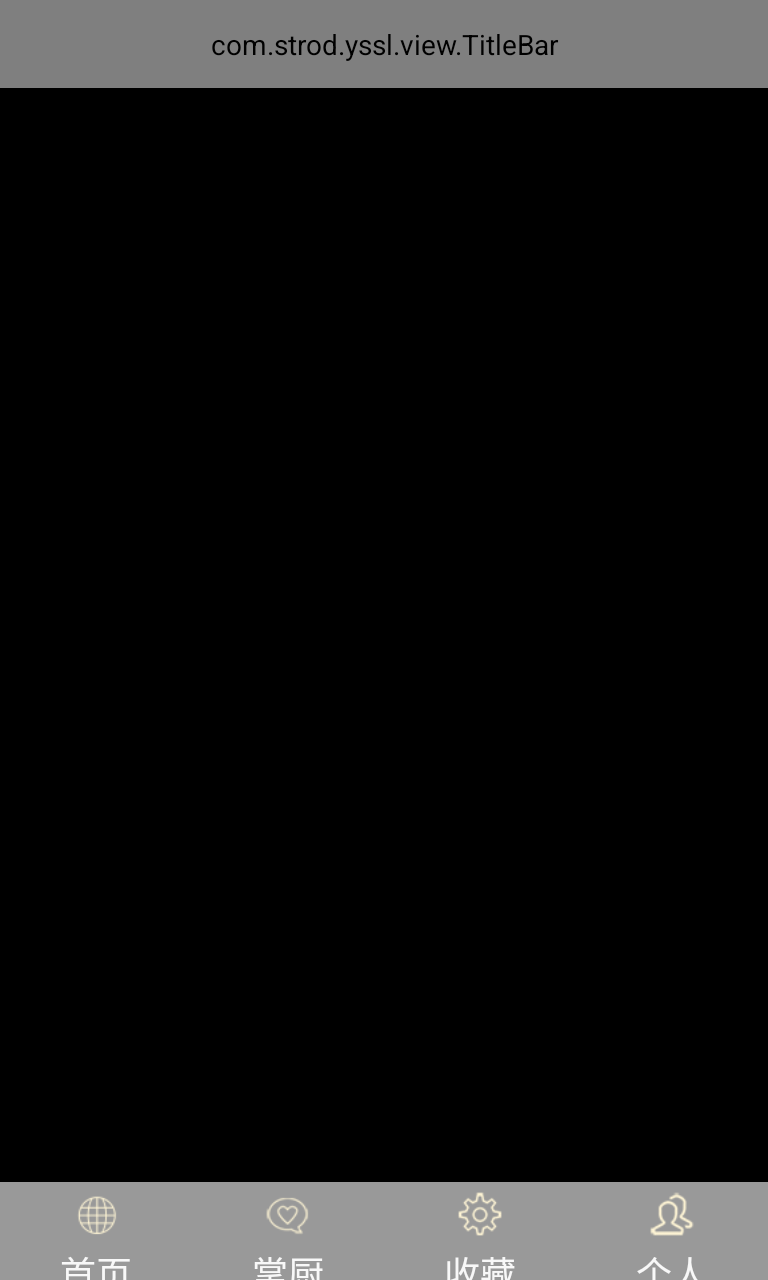
Repository: duyuan199010/atangge
Layout: yssl/res/layout/activity_main.xml
The author's editor kept a copy of each file at every save. The layout is drawn from the files as they stood at one save, then again after the next save.
Pictures or frames that could not be fetched are drawn as grey boxes. It is drawn on a 768 x 1280 px phone screen (xhdpi) without system bars, with theme Theme.PageIndicatorDefaults; the app's code is not run.

Above is the layout before, as saved 2015-08-11 12:22:15.

### yssl/res/layout/activity_main.xml
<RelativeLayout xmlns:android="http://schemas.android.com/apk/res/android"
    xmlns:tools="http://schemas.android.com/tools"
    android:layout_width="match_parent"
    android:layout_height="match_parent"
    android:gravity="center"
    android:orientation="vertical" >

    <com.strod.yssl.view.TitleBar
        android:id="@+id/title_bar"
        android:layout_width="match_parent"
        android:layout_height="@dimen/title_height"
        android:background="@color/title_bg_color"
        />

    <FrameLayout
        android:id="@+id/main_center_fragment"
        android:layout_width="match_parent"
        android:layout_height="match_parent"
        android:layout_below="@+id/title_bar"
        android:layout_above="@+id/radio_group" />

    <RadioGroup
        android:id="@+id/radio_group"
        android:layout_width="match_parent"
        android:layout_height="@dimen/tab_height"
        android:layout_alignParentBottom="true"
        android:background="@color/gray"
        android:gravity="center"
        android:orientation="horizontal" >

        <RadioButton
            android:id="@+id/radio_index"
            style="@style/ContentFont"
            android:layout_width="wrap_content"
            android:layout_height="match_parent"
            android:layout_weight="1"
            android:button="@null"
            android:drawableTop="@drawable/all_news"
            android:gravity="center"
            android:text="@string/main_index" />

        <RadioButton
            android:id="@+id/radio_publish"
            style="@style/ContentFont"
            android:layout_width="wrap_content"
            android:layout_height="match_parent"
            android:layout_weight="1"
            android:button="@null"
            android:drawableTop="@drawable/message_icon"
            android:gravity="center"
            android:text="@string/main_publish" />

        <RadioButton
            android:id="@+id/radio_collect"
            style="@style/ContentFont"
            android:layout_width="wrap_content"
            android:layout_height="match_parent"
            android:layout_weight="1"
            android:button="@null"
            android:drawableTop="@drawable/set_icon"
            android:gravity="center"
            android:text="@string/main_collect" />

        <RadioButton
            android:id="@+id/radio_personal"
            style="@style/ContentFont"
            android:layout_width="wrap_content"
            android:layout_height="match_parent"
            android:layout_weight="1"
            android:button="@null"
            android:drawableTop="@drawable/account_icon"
            android:gravity="center"
            android:text="@string/main_personal" />
    </RadioGroup>

</RelativeLayout>

### yssl/res/values/dimens.xml
<resources>

    <!-- Default screen margins, per the Android Design guidelines. -->
    <dimen name="activity_horizontal_margin">16dp</dimen>
    <dimen name="activity_vertical_margin">16dp</dimen>
    <dimen name="title_height">44dp</dimen>
    <dimen name="tab_height">49dp</dimen>
    <dimen name="margin_ordinary">16dp</dimen>
    <dimen name="margin_little">8dp</dimen>
    <dimen name="font_size_eighteen">18sp</dimen>
    <dimen name="font_size_twenty">20sp</dimen>
    <dimen name="font_size_sixteen">16sp</dimen>
    <dimen name="font_size_fourteen">14sp</dimen>
    <dimen name="font_size_twelve">12sp</dimen>
    <dimen name="font_size_ten">10sp</dimen>
    <dimen name="item_size_left">18sp</dimen>
    <dimen name="item_size_time">14sp</dimen>
    <dimen name="detail_size_type">18dp</dimen>
    <dimen name="edittext_width_120">120dp</dimen>
    <dimen name="edittext_width_150">150dp</dimen>
    <dimen name="edittext_width_200">200dp</dimen>
    <dimen name="edittext_height_35">35dp</dimen>

    <dimen name="indicator_right_padding">10dp</dimen>
    <dimen name="indicator_corner_radius">12dp</dimen>
    <dimen name="indicator_internal_padding">4dp</dimen>
    <dimen name="header_footer_left_right_padding">24dp</dimen>
    <dimen name="header_footer_top_bottom_padding">12dp</dimen>

    <dimen name="dgv_overlap_if_switch_straight_line">16dp</dimen>

    <dimen name="delete_action_len">140dip</dimen>

    <dimen name="switch_button_width">50dp</dimen>
    <dimen name="switch_button_height">30dp</dimen>
</resources>

### yssl/res/values/colors.xml
<?xml version="1.0" encoding="UTF-8"?>
<resources>

    <color name="title">#ffffff</color>
    <color name="night_title">#000000</color>

    <color name="title_bg_color">#36A803</color>
    <color name="title_font_color">#f8f8f8</color>
    <color name="bg_color">#ffffff</color>
    <color name="black_font">#333333</color>

    <drawable name="title_bg_color">#00b3e3</drawable>
    <drawable name="title_font_color">#ffffff</drawable>

    <color name="menu_pressed">#e5e5e5</color>

    <color name="content_font_color">#f8f8f8</color>
    <color name="content_font_color_deep">#ff5a3f01</color>
    <color name="content_font_color_deeper">#423413</color>
    <color name="setting_bg_color">#b08b18</color>

    <!-- 弹出框 -->
    <color name="dialog_bg_color">#ffeeb9</color>
    <color name="dialog_font_color">#3d2e00</color>
    <color name="list_item_color">#ffeeb9</color>
    <color name="list_item_pressed_color">#fdd559</color>
    <color name="list_item_font_color">#3d2e00</color>

    <color name="pager_tab_strip_color">#a77809</color>
    <color name="item_select_color">#b08b19</color>

    <color name="gray">#999999</color>
    <color name="grayer">#888888</color>


    <color name="setting_view_item_bg_pressed">#FFF0F0F0</color>
    <color name="setting_view_item_bg_normal">#FFFFFFFF</color>

    <color name="setting_view_item_title_text">#FF000000</color>
    <color name="setting_view_item_subtitle_text">#FFCCCCCC</color>

    <color name="tempature_red">#f82d2d</color>
    <color name="gray_line">#e5e5e5</color>

    <color name="yellow_orange_circle">#f2b32c</color>
    <color name="yellow_orange_light">#f6be22</color>
    <color name="yellow_orange_deep">#f29810</color>
    <color name="yellow_orange_text">#f68b22</color>

    <color name="blue_light">#3db5e6</color>
    <color name="blue_deep">#5e60e5</color>

    <drawable name="gray">#FF808080</drawable>
	<drawable name="white">#FFFFFFFF</drawable>
	<drawable name="blue">#FF0000FF</drawable>
	<drawable name="black">#FF000000</drawable>
	<drawable name="pink">#FFFFC0Cb</drawable>
	<drawable name="red">#FFFF0000</drawable>
	<drawable name="orange">#FFFF8D00</drawable>
	<drawable name="yellow">#FFFFFF00</drawable>
	<drawable name="green">#FF00FF00</drawable>
	<drawable name="lightyellow">#FFFFFFE0</drawable>
	<drawable name="lightblue">#FFE3EEFB</drawable>
	<drawable name="oceanblue">#FF5271A5</drawable>
	<drawable name="lightgreen">#FF96FF00</drawable>
	<drawable name="grassgreen">#FF009600</drawable>
	<drawable name="lightgray">#FFD3D3D3</drawable>
	<drawable name="darkgray">#00535252</drawable>
</resources>

### yssl/res/values/styles.xml
<resources>

    <!--
        Base application theme, dependent on API level. This theme is replaced
        by AppBaseTheme from res/values-vXX/styles.xml on newer devices.

    -->
    <style name="AppBaseTheme" parent="@android:style/Theme.Light">
        <!--
            Theme customizations available in newer API levels can go in
            res/values-vXX/styles.xml, while customizations related to
            backward-compatibility can go here.

        -->
    </style>

    <!-- Application theme. -->
    <style name="AppTheme" parent="AppBaseTheme">
        <!-- All customizations that are NOT specific to a particular API-level can go here. -->
    </style>

    <style name="DayTheme" parent="AppTheme">
        <item name="colorValue">@color/title</item>
        <item name="floatValue">0.35</item>
        <item name="integerValue">33</item>
        <item name="booleanValue">true</item>
        <item name="dimensionValue">16dp</item>
        <!-- 如果string类型不是填的引用而是直接放一个字符串,在布局文件中使用正常,但代码里获取的就有问题 -->
        <item name="stringValue">@string/action_settings</item>
        <item name="referenceValue">@drawable/ic_launcher</item>
        <item name="imageValue">@drawable/ic_launcher</item>
    </style>

    <style name="NightTheme" parent="AppBaseTheme">
        <item name="colorValue">@color/night_title</item>
        <item name="floatValue">1.44</item>
        <item name="integerValue">55</item>
        <item name="booleanValue">false</item>
        <item name="dimensionValue">18sp</item>
        <item name="stringValue">@string/action_settings</item>
        <item name="referenceValue">@drawable/ic_launcher</item>
        <item name="imageValue">@drawable/ic_launcher</item>
    </style>

    <style name="MyDialog" parent="@android:Theme.Dialog">
        <item name="android:windowFrame">@null</item>
        <item name="android:windowNoTitle">true</item>
        <item name="android:windowIsFloating">true</item>
        <item name="android:windowContentOverlay">@null</item>
    </style>

    <style name="TitleFont">
        <item name="android:textSize">@dimen/font_size_twenty</item>
        <item name="android:textColor">@color/title_font_color</item>
        <item name="android:textStyle">bold</item>
    </style>

    <style name="TitleFontRight">
        <item name="android:textSize">@dimen/font_size_eighteen</item>
        <item name="android:textColor">@color/title_font_color</item>
        <item name="android:textStyle">bold</item>
    </style>

    <style name="ContentFont">
        <item name="android:textSize">@dimen/font_size_eighteen</item>
        <item name="android:textColor">@color/content_font_color</item>
    </style>

    <style name="ContentFontBold">
        <item name="android:textSize">@dimen/font_size_eighteen</item>
        <item name="android:textColor">@color/content_font_color</item>
        <item name="android:textStyle">bold</item>
    </style>

    <style name="ContentFontLittle">
        <item name="android:textSize">@dimen/font_size_sixteen</item>
        <item name="android:textColor">@color/content_font_color</item>
    </style>

    <style name="ContentFontSmall">
        <item name="android:textSize">@dimen/font_size_fourteen</item>
        <item name="android:textColor">@color/content_font_color</item>
    </style>

    <style name="ContentFontDeep">
        <item name="android:textSize">@dimen/font_size_sixteen</item>
        <item name="android:textColor">@color/content_font_color_deep</item>
    </style>

    <style name="ContentFontDeepEighteen">
        <item name="android:textSize">@dimen/font_size_eighteen</item>
        <item name="android:textColor">@color/content_font_color_deep</item>
    </style>

    <style name="ContentFontDeepBold">
        <item name="android:textSize">@dimen/font_size_twenty</item>
        <item name="android:textColor">@color/content_font_color_deep</item>
        <item name="android:textStyle">bold</item>
    </style>

    <style name="ContentFontDeeperSmall">
        <item name="android:textSize">@dimen/font_size_fourteen</item>
        <item name="android:textColor">@color/content_font_color_deeper</item>
    </style>

    <style name="ContentFontBlue">
        <item name="android:textSize">@dimen/font_size_fourteen</item>
        <item name="android:textColor">@color/title_bg_color</item>
    </style>

    <style name="ContentFontBlueEighteen">
        <item name="android:textSize">@dimen/font_size_eighteen</item>
        <item name="android:textColor">@color/title_bg_color</item>
    </style>

    <style name="ContentFontWhite">
        <item name="android:textSize">@dimen/font_size_fourteen</item>
        <item name="android:textColor">@color/title_font_color</item>
    </style>

    <style name="ContentFontGray">
        <item name="android:textSize">@dimen/font_size_eighteen</item>
        <item name="android:textColor">@color/gray</item>
    </style>

    <style name="ContentFontGrayer">
        <item name="android:textSize">@dimen/font_size_eighteen</item>
        <item name="android:textColor">@color/grayer</item>
    </style>

    <style name="DialogFont">
        <item name="android:textSize">@dimen/font_size_eighteen</item>
        <item name="android:textColor">@color/dialog_font_color</item>
    </style>

    <style name="LogoutDialog" parent="@android:style/Theme.Dialog">
        <item name="android:windowFrame">@android:color/transparent</item>
        <item name="android:windowIsFloating">true</item>
        <item name="android:windowIsTranslucent">true</item>
        <item name="android:windowNoTitle">true</item>
        <item name="android:windowBackground">@android:color/transparent</item>
        <item name="android:backgroundDimAmount">0.3</item>
        <item name="android:windowAnimationStyle">@null</item>
    </style>

    <style name="HorizScrollViewItem">
        <item name="android:paddingRight">50dp</item>
        <item name="android:paddingLeft">50dp</item>
        <item name="android:gravity">center</item>
        <item name="android:textAppearance">?android:attr/textAppearanceMedium</item>
        <item name="android:text">Sample Item</item>
    </style>

    <!-- viewpagerindicator -->

    <style name="StyledIndicators" parent="@android:style/Theme.Light">
        <item name="vpiCirclePageIndicatorStyle">@style/CustomCirclePageIndicator</item>
        <item name="vpiLinePageIndicatorStyle">@style/CustomLinePageIndicator</item>
        <item name="vpiTitlePageIndicatorStyle">@style/CustomTitlePageIndicator</item>
        <item name="vpiTabPageIndicatorStyle">@style/CustomTabPageIndicator</item>
        <item name="vpiUnderlinePageIndicatorStyle">@style/CustomUnderlinePageIndicator</item>
    </style>

    <style name="CustomTitlePageIndicator">
        <item name="android:background">#18FF0000</item>
        <item name="footerColor">#FFAA2222</item>
        <item name="footerLineHeight">1dp</item>
        <item name="footerIndicatorHeight">3dp</item>
        <item name="footerIndicatorStyle">underline</item>
        <item name="android:textColor">#AA000000</item>
        <item name="selectedColor">#FF000000</item>
        <item name="selectedBold">true</item>
    </style>

    <style name="CustomLinePageIndicator">
        <item name="strokeWidth">4dp</item>
        <item name="lineWidth">30dp</item>
        <item name="unselectedColor">#FF888888</item>
        <item name="selectedColor">#FF880000</item>
    </style>

    <style name="CustomCirclePageIndicator">
        <item name="fillColor">#FF999999</item>
        <item name="strokeColor">#00000000</item>
        <item name="strokeWidth">0dp</item>
        <item name="radius">10dp</item>
        <item name="centered">true</item>
    </style>

    <style name="CustomTabPageIndicator" parent="Widget.TabPageIndicator">
        <item name="android:background">@drawable/custom_tab_indicator</item>
        <item name="android:textAppearance">@style/CustomTabPageIndicator.Text</item>
        <item name="android:textColor">@color/content_font_color</item>
        <item name="android:textSize">18sp</item>
        <item name="android:divider">@drawable/custom_tab_indicator_divider</item>
        <item name="android:dividerPadding">10dp</item>
        <item name="android:showDividers">middle</item>
        <item name="android:paddingLeft">8dp</item>
        <item name="android:paddingRight">8dp</item>
        <item name="android:fadingEdge">horizontal</item>
        <item name="android:fadingEdgeLength">8dp</item>
    </style>

    <style name="CustomTabPageIndicator.Text" parent="android:TextAppearance.Medium">
        <item name="android:typeface">monospace</item>
    </style>

    <style name="CustomUnderlinePageIndicator">
        <item name="selectedColor">#FFCC0000</item>
        <item name="android:background">#FFCCCCCC</item>
        <item name="fadeLength">1000</item>
        <item name="fadeDelay">1000</item>
    </style>

</resources>

### yssl/res/values/strings.xml
<resources>

    <string name="app_name">阿汤哥</string>

    <string name="click_again">再按一次退出程序...</string>

    <!-- guide -->
    <string name="start">立即进入</string>

    <!-- main -->
    <string name="main_index">首页</string>
    <string name="main_publish">掌厨</string>
    <string name="main_collect">收藏</string>
    <string name="main_personal">个人</string>
</resources>

### yssl/res/drawable/font_selector.xml
<?xml version="1.0" encoding="utf-8"?>
<selector xmlns:android="http://schemas.android.com/apk/res/android">

    <item android:drawable="@color/title_bg_color" android:state_pressed="true"/>
    <item android:drawable="@color/title_bg_color" android:state_focused="true"/>
    <item android:drawable="@color/title_bg_color" android:state_selected="true"/>
    <item android:drawable="@color/title_bg_color" android:state_checked="true"/>
    <item android:drawable="@color/title_font_color"/>

</selector>

Loaded but not shown: yssl/res/values/vpi__styles.xml (common file); yssl/res/drawable/vpi__tab_indicator.xml (common file); yssl/res/color/vpi__light_theme.xml (common file); yssl/res/values/vpi__colors.xml (common file)

After the next save:
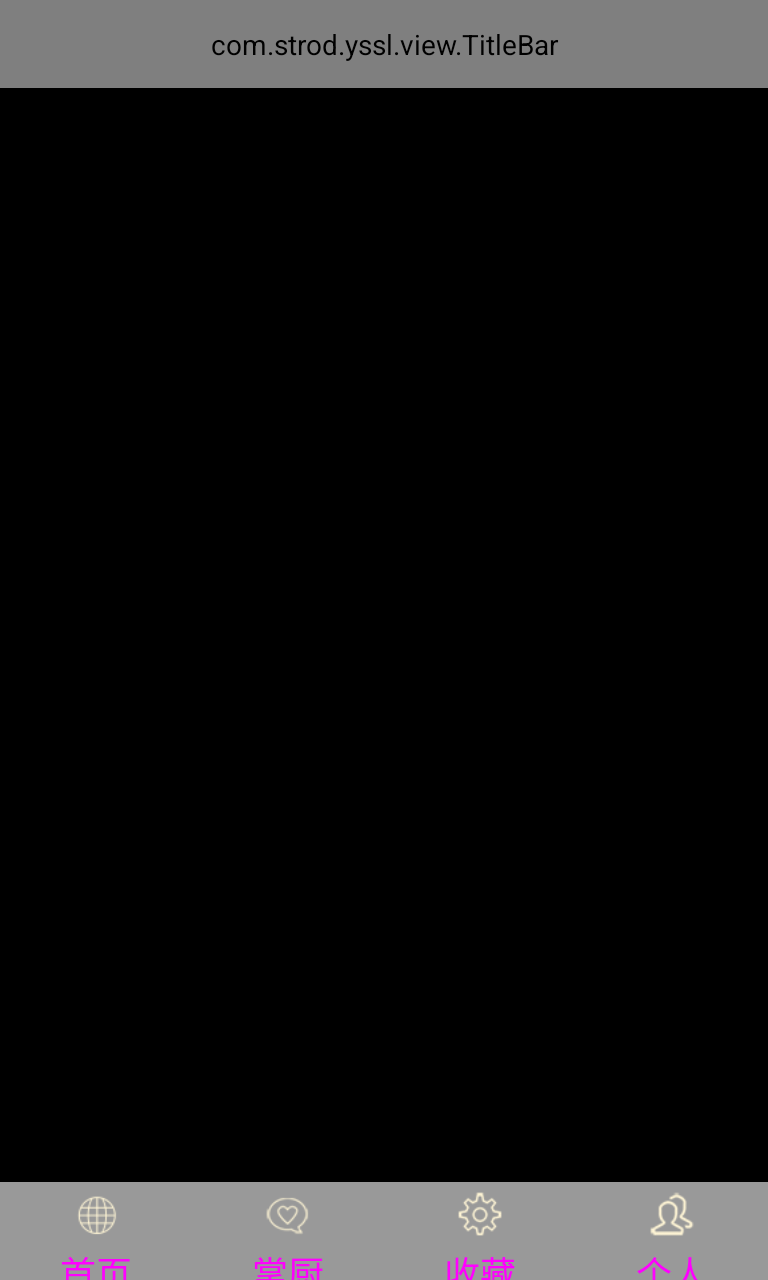
Saved 14 s later.
--- a/yssl/res/values/styles.xml
+++ b/yssl/res/values/styles.xml
@@ -63,7 +63,7 @@
 
     <style name="ContentFont">
         <item name="android:textSize">@dimen/font_size_eighteen</item>
-        <item name="android:textColor">@color/content_font_color</item>
+        <item name="android:textColor">@drawable/font_selector</item>
     </style>
 
     <style name="ContentFontBold">
